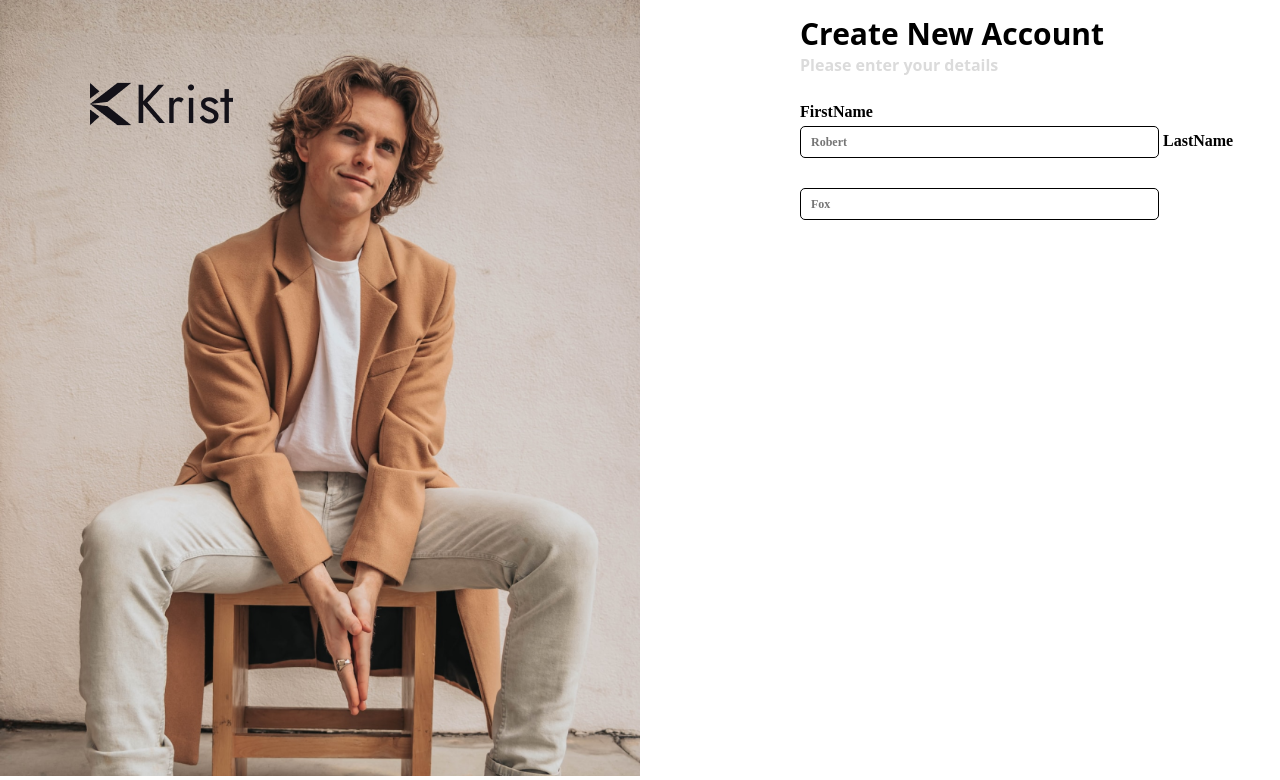
Repository: isaacCodes1/Krist-Website
Page: new-account.html
These files come from the project's save history. The page is drawn as it stood at one moment and after the next save; the edit follows.
The browser window is 1280 px wide. The pictures show the whole page.

Above is the page before, as saved 2024-04-10 14:03:59.

After the next save:
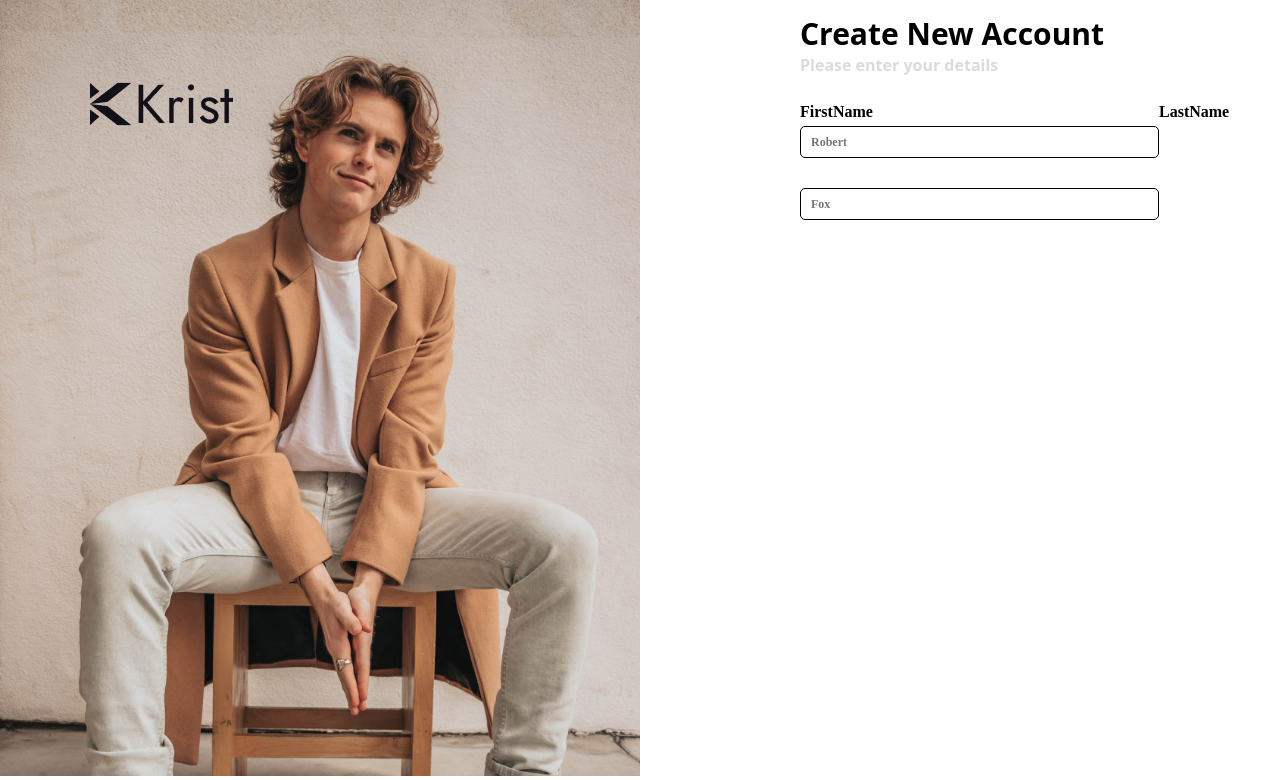
Saved 9 s later.
--- a/new-account.html
+++ b/new-account.html
@@ -19,7 +19,7 @@
         <p>Please enter your details</p>
         <label class="firstname" for="">FirstName</label>
         <input class="inpute" type="text" placeholder="Robert">
-        <label firstname for="">LastName</label>
+        <label class="firstname" for="">LastName</label>
         <input class="inpute" type="text" placeholder="Fox">
       </form>
   </body>

After the save that followed:
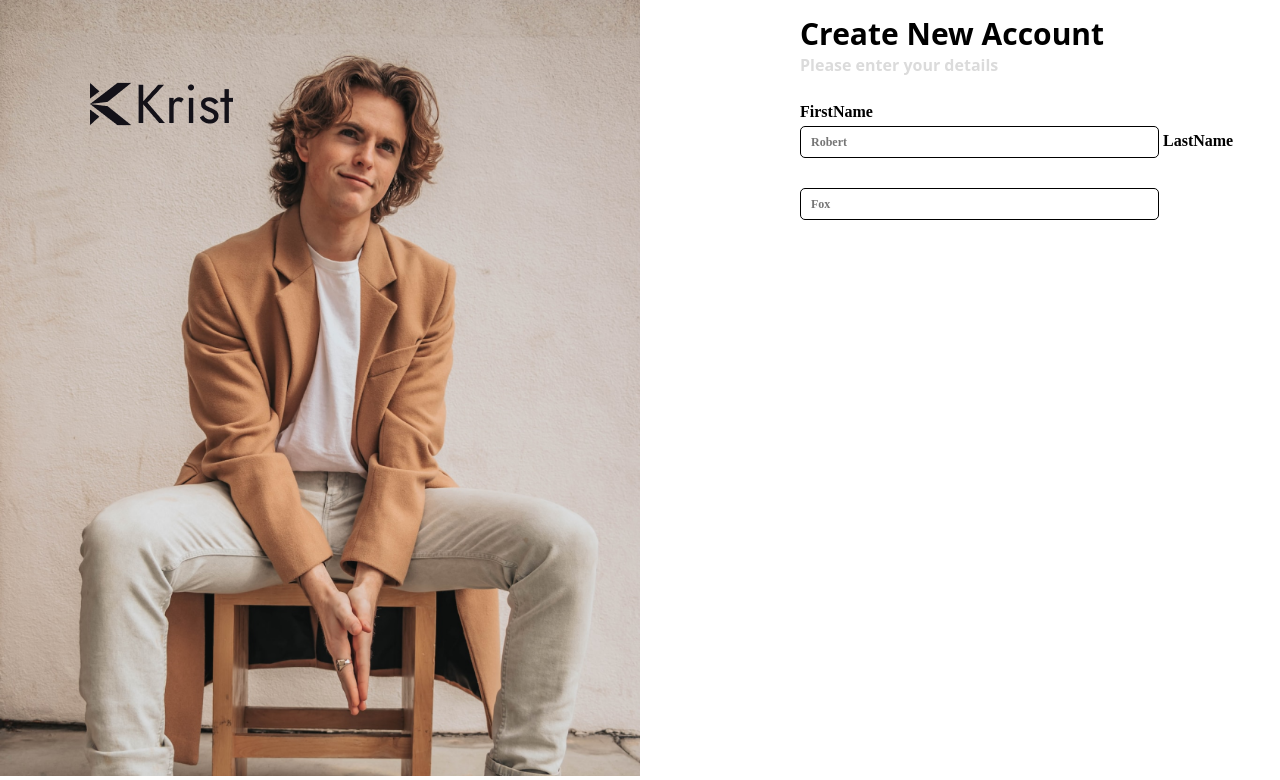
Saved 5 s later.
--- a/new-account.html
+++ b/new-account.html
@@ -19,7 +19,7 @@
         <p>Please enter your details</p>
         <label class="firstname" for="">FirstName</label>
         <input class="inpute" type="text" placeholder="Robert">
-        <label class="firstname" for="">LastName</label>
+        <label class="last" for="">LastName</label>
         <input class="inpute" type="text" placeholder="Fox">
       </form>
   </body>
